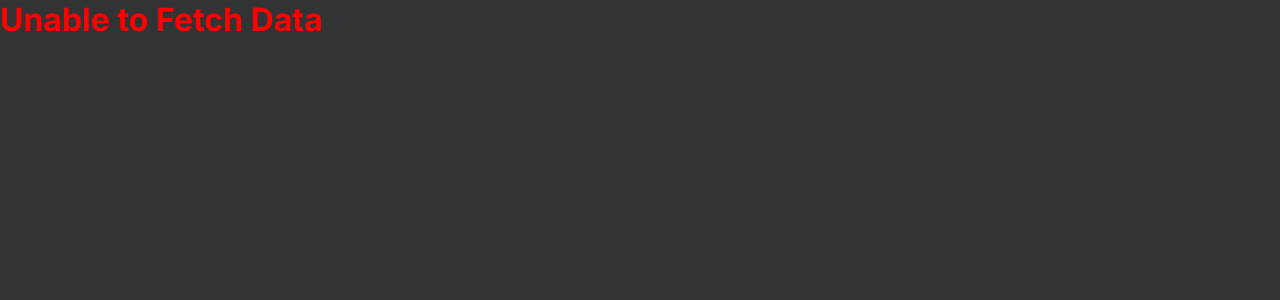
Repository: Wahid137/react-project-four
Page: /
These files come from the project's save history. The page is drawn as it stood at one moment and after the next save; the edit follows.
The browser window is 1280 px wide. The pictures show the whole page.
The project was rebuilt for these pictures with package versions that can differ from the ones it lists, and the page was loaded fresh each time. Also part of the build but not shown: vite.config.js, src/index.css.

Above is the page before, as saved 2023-08-28 13:15:24.

### index.html
<!doctype html>
<html lang="en">
  <head>
    <meta charset="UTF-8" />
    <link rel="icon" type="image/svg+xml" href="/vite.svg" />
    <meta name="viewport" content="width=device-width, initial-scale=1.0" />
    <link rel="preconnect" href="https://fonts.googleapis.com" />
    <link rel="preconnect" href="https://fonts.gstatic.com" crossorigin />
    <link
      href="https://fonts.googleapis.com/css2?family=Inter:wght@100;200;300;400;500;600;700;800;900&display=swap"
      rel="stylesheet"
    />
    <title>Vite + React</title>
  </head>
  <body>
    <div id="root"></div>
    <script type="module" src="/src/main.jsx"></script>
  </body>
</html>

### src/main.jsx
import React from "react";
import ReactDOM from "react-dom/client";
import App from "./App.jsx";
import "./index.css";
import { createGlobalStyle } from "styled-components";

export const GlobalStyle = createGlobalStyle`


  *{
    box-sizing: border-box;
    margin: 0;
    padding:0;
  }
  body{
    background-color: #323334;
    color:white;
    min-height: 100vh;
    font-family:  'Inter', sans-serif;
  }

`;

ReactDOM.createRoot(document.getElementById("root")).render(
  <React.StrictMode>
    <GlobalStyle />
    <App />
  </React.StrictMode>
);

### src/App.jsx
import { useEffect, useState } from "react";
import { styled } from "styled-components";
import SearchResult from "./components/SearchResults/SearchResult";
import Loading from "./components/Loading";
import DsiplayError from "./components/DsiplayError";

export const BASE_URL = "http://localhost:900";

function App() {
  const [loading, setLoading] = useState(false);
  const [error, setError] = useState(null);
  const [data, setData] = useState(null);
  const [filteredData, setFilteredData] = useState(null);
  const [selectedBtn, setSelectedBtn] = useState("all");

  useEffect(() => {
    const fetchFoodData = async () => {
      setLoading(true);

      try {
        const response = await fetch(BASE_URL);

        const json = await response.json();

        setData(json);
        setFilteredData(json);
        setLoading(false);
      } catch (error) {
        setError(<DsiplayError></DsiplayError>);
      }
    };
    fetchFoodData();
  }, []);

  const searchFood = (e) => {
    const searchValue = e.target.value;

    console.log(searchValue);
    const filter = data?.filter((food) =>
      food.name.toLowerCase().includes(searchValue.toLowerCase())
    );
    setFilteredData(filter);
  };

  const filteredFood = (type) => {
    if (type === "all") {
      setFilteredData(data);
      setSelectedBtn("all");
      return;
    }
    const filter = data?.filter((food) =>
      food.type.toLowerCase().includes(type.toLowerCase())
    );
    setFilteredData(filter);
    setSelectedBtn(type);
  };

  const filterBtns = [
    {
      name: "All",
      type: "all",
    },
    {
      name: "Breakfast",
      type: "breakfast",
    },
    {
      name: "Lunch",
      type: "lunch",
    },
    {
      name: "Dinner",
      type: "dinner",
    },
  ];

  if (error) {
    return <div>{error}</div>;
  }
  if (loading) {
    return <Loading></Loading>;
  }
  return (
    <>
      <Container>
        <TopContainer>
          <div className="logo">
            <img src="../src/assets/logo.svg" alt="logo" />
          </div>
          <div className="search">
            <input
              onChange={searchFood}
              type="text"
              placeholder="Search Food"
            />
          </div>
        </TopContainer>
        <FilterContainer>
          {filterBtns.map((value) => (
            <Button
              key={value.name}
              isSelected={selectedBtn === value.type}
              onClick={() => filteredFood(value.type)}
            >
              {value.name}
            </Button>
          ))}
        </FilterContainer>
      </Container>
      <SearchResult data={filteredData}></SearchResult>
    </>
  );
}

export default App;

export const Container = styled.div`
  max-width: 1200px;
  margin: 0 auto;
`;
const TopContainer = styled.div`
  height: 140px;
  display: flex;
  justify-content: space-between;
  padding: 16px;
  align-items: center;

  .search {
    input {
      background-color: transparent;
      border: 1px solid red;
      color: white;
      border-radius: 5px;
      height: 40px;
      font-size: 16px;
      padding: 0 10px;
      &::placeholder {
        color: white;
      }
    }
  }
  @media (0 < width < 600px) {
    flex-direction: column;
    height: 120px;
  }
`;

const FilterContainer = styled.section`
  display: flex;
  justify-content: center;
  gap: 12px;
  padding-bottom: 40px;
`;

const div = styled.div`
  .error {
    color: red;
  }
`;

export const Button = styled.button`
  background: ${({ isSelected }) => (isSelected ? "#f22f2f" : "#ff4343")};
  outline: 1px solid ${({ isSelected }) => (isSelected ? "white" : "#ff4343")};
  border-radius: 5px;
  padding: 6px 12px;
  border: none;
  color: white;
  cursor: pointer;
  &:hover {
    background-color: #f22f2f;
  }
`;

### src/components/SearchResults/SearchResult.jsx
import styled from "styled-components";
import { BASE_URL, Button, Container } from "../../App";
const SearchResult = ({ data }) => {
  return (
    <FoodCardContainer>
      <Container>
        <FoodCards>
          {data?.map(({ name, image, text, price }) => (
            <FoodCard key={name}>
              <div className="food_image">
                <img src={BASE_URL + image} />
              </div>
              <div className="food_info">
                <div className="info">
                  <h3>{name}</h3>
                  <p>{text}</p>
                </div>
                <Button>${price.toFixed(2)}</Button>
              </div>
            </FoodCard>
          ))}
        </FoodCards>
      </Container>
    </FoodCardContainer>
  );
};

export default SearchResult;
const FoodCardContainer = styled.section`
  min-height: calc(100vh - 210px);
  background-image: url("/bg.png");
  background-size: cover;
`;
const FoodCards = styled.div`
  display: flex;
  flex-wrap: wrap;
  row-gap: 32px;
  column-gap: 20px;
  justify-content: center;
  align-items: center;
  padding-top: 80px;
`;
const FoodCard = styled.div`
  width: 340px;
  height: 167px;
  border: 0.66px solid;

  border-image-source: radial-gradient(
      80.69% 208.78% at 108.28% 112.58%,
      #eabfff 0%,
      rgba(135, 38, 183, 0) 100%
    ),
    radial-gradient(
      80.38% 222.5% at -13.75% -12.36%,
      #98f9ff 0%,
      rgba(255, 255, 255, 0) 100%
    );

  background: url(.png),
    radial-gradient(
      90.16% 143.01% at 15.32% 21.04%,
      rgba(165, 239, 255, 0.2) 0%,
      rgba(110, 191, 244, 0.0447917) 77.08%,
      rgba(70, 144, 213, 0) 100%
    );
  background-blend-mode: overlay, normal;
  backdrop-filter: blur(13.1842px);

  border-radius: 20px;

  display: flex;
  padding: 8px;

  .food_info {
    display: flex;
    flex-direction: column;
    justify-content: space-between;
    align-items: end;
    h3 {
      margin-top: 8px;
      font-size: 16px;
      font-weight: 500;
    }
    p {
      margin-top: 4px;
      font-size: 12px;
    }
    button {
      font-size: 12px;
    }
  }
`;

### src/components/Loading.jsx
const Loading = () => {
  return (
    <div>
      <h1>Loading...</h1>
    </div>
  );
};

export default Loading;

### src/components/DsiplayError.jsx
import { styled } from "styled-components";

const DsiplayError = () => {
  return (
    <ErrorContainer>
      <div>
        <h1>Unable to Fetch Data</h1>
      </div>
    </ErrorContainer>
  );
};

export default DsiplayError;

const ErrorContainer = styled.div`
  h1 {
    text: center;
    color: red;
  }
`;

After the next save:
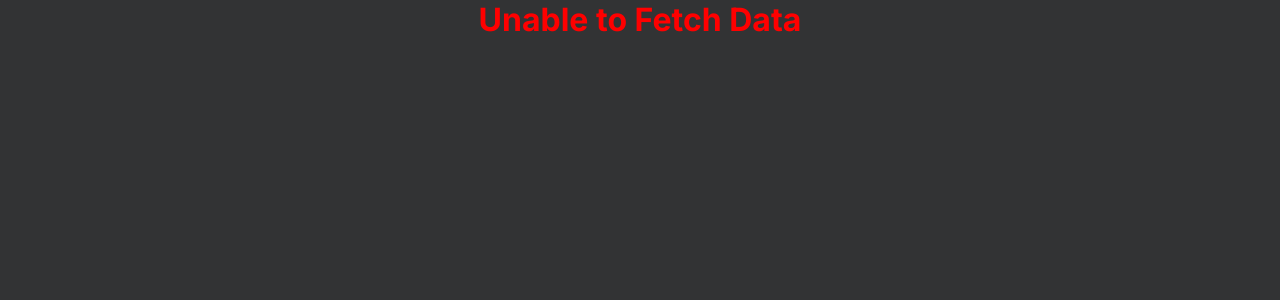
Saved 20 s later.
--- a/src/components/DsiplayError.jsx
+++ b/src/components/DsiplayError.jsx
@@ -14,7 +14,7 @@
 
 const ErrorContainer = styled.div`
   h1 {
-    text: center;
+    text-align: center;
     color: red;
   }
 `;
